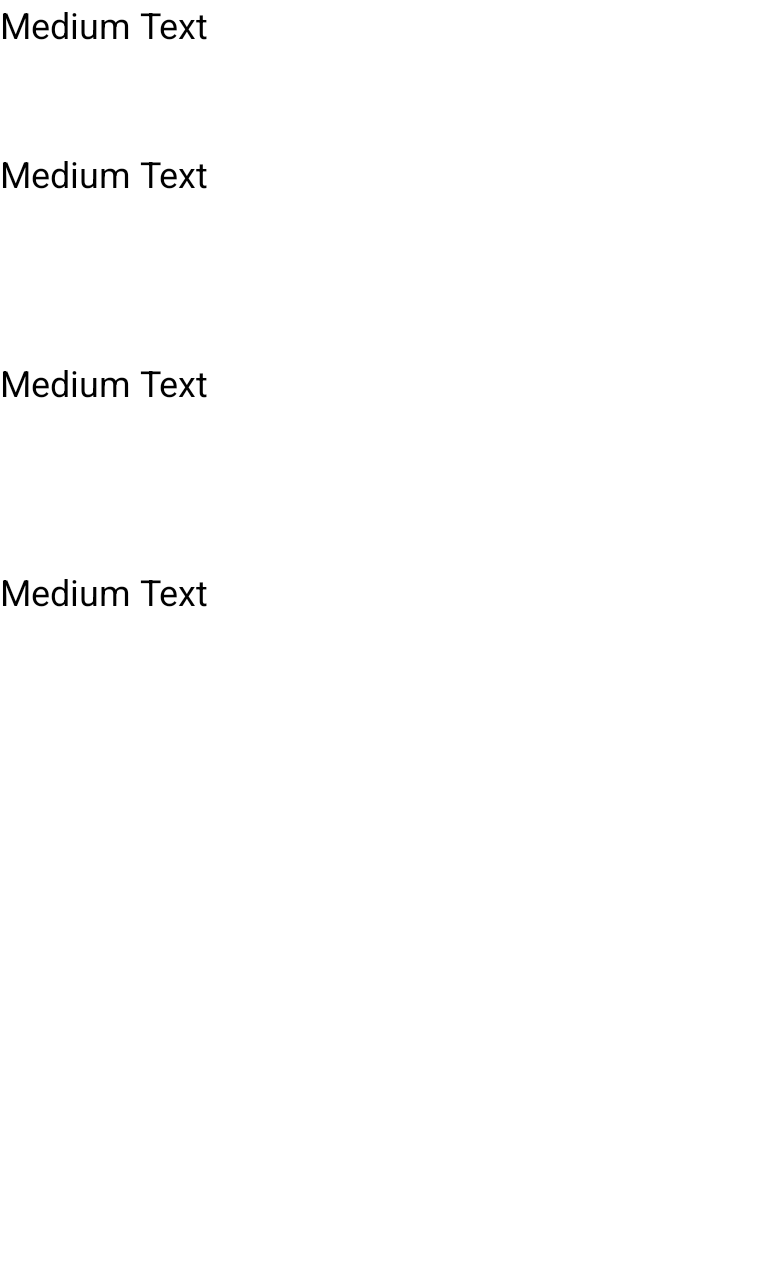
Repository: ankitC/taskmon
Layout: taskmon/res/layout/activity_set_reserve.xml
The author's editor kept a copy of each file at every save. The layout is drawn from the files as they stood at one save, then again after the next save.
It is drawn on a 768 x 1280 px phone screen (xhdpi) without system bars, with theme AppTheme; the app's code is not run.

Above is the layout before, as saved 2013-10-07 02:15:12.

After the next save:
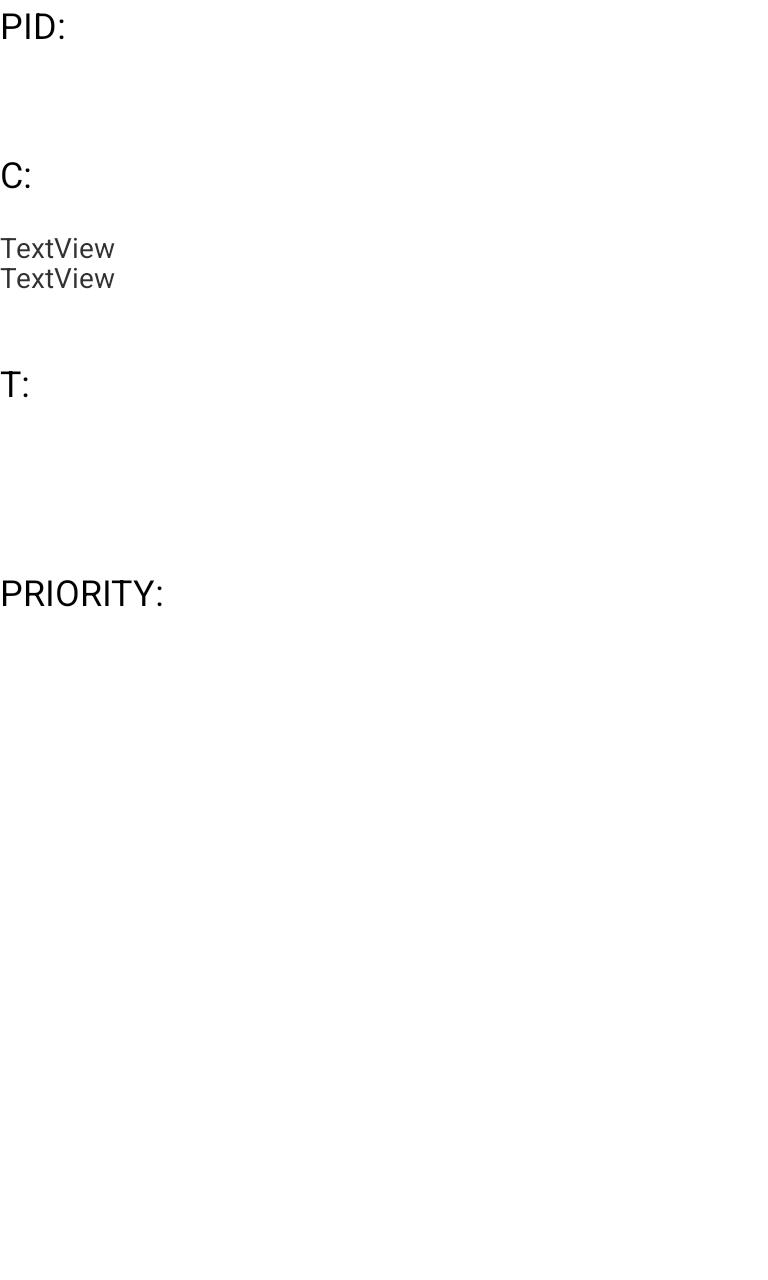
Saved 47 s later.
--- a/taskmon/res/layout/activity_set_reserve.xml
+++ b/taskmon/res/layout/activity_set_reserve.xml
@@ -8,7 +8,7 @@
         android:layout_height="wrap_content"
         android:layout_alignParentLeft="true"
         android:layout_alignParentTop="true"
-        android:text="Medium Text"
+        android:text="@string/pid"
         android:textAppearance="?android:attr/textAppearanceMedium" />
 
     <TextView
@@ -18,7 +18,7 @@
         android:layout_alignParentLeft="true"
         android:layout_below="@+id/textView1"
         android:layout_marginTop="50dp"
-        android:text="Medium Text"
+        android:text="@string/c"
         android:textAppearance="?android:attr/textAppearanceMedium" />
 
     <TextView
@@ -28,7 +28,7 @@
         android:layout_alignParentLeft="true"
         android:layout_below="@+id/textView2"
         android:layout_marginTop="80dp"
-        android:text="Medium Text"
+        android:text="@string/t"
         android:textAppearance="?android:attr/textAppearanceMedium" />
 
      <TextView
@@ -38,7 +38,25 @@
          android:layout_alignParentLeft="true"
          android:layout_below="@+id/textView3"
          android:layout_marginTop="80dp"
-         android:text="Medium Text"
+         android:text="@string/priority"
          android:textAppearance="?android:attr/textAppearanceMedium" />
 
+     <TextView
+         android:id="@+id/textView5"
+         android:layout_width="wrap_content"
+         android:layout_height="wrap_content"
+         android:layout_alignParentLeft="true"
+         android:layout_below="@+id/textView2"
+         android:layout_marginTop="15dp"
+         android:text="TextView" />
+
+          <TextView
+         android:id="@+id/textView5"
+         android:layout_width="wrap_content"
+         android:layout_height="wrap_content"
+         android:layout_alignParentLeft="true"
+         android:layout_below="@+id/textView2"
+         android:layout_marginTop="30dp"
+         android:text="TextView" />
+
 </RelativeLayout>
